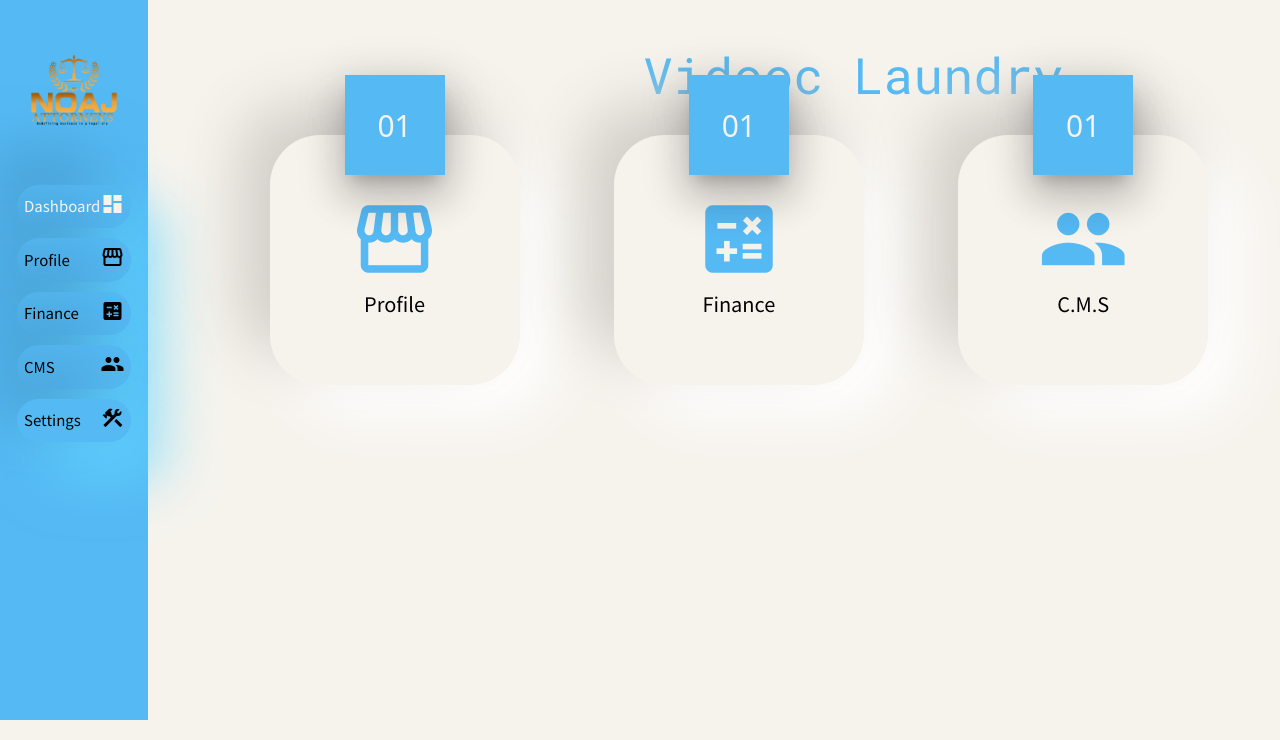
Repository: latenightsnacc/AllinOne
Page: Design/index.html
An editor plug-in stored every save of this project. The page is shown before and after the next save, followed by the edit.
The browser window is 1280 px wide. The pictures show the whole page.
The style sheet was rebuilt from its Sass, Less or Tailwind sources for each picture, by a compiler version that may differ from the author's.

Above is the page before, as saved 2020-09-16 15:43:46.

### Design/index.html
<!DOCTYPE html>
<html lang="en">
<head>
    <meta charset="UTF-8">
    <meta name="viewport" content="width=device-width, initial-scale=1.0">
    <!--Icons-->
    <link href="https://fonts.googleapis.com/icon?family=Material+Icons" rel="stylesheet">
    <!-- Compiled and minified CSS -->
    <link rel="stylesheet" href="https://cdnjs.cloudflare.com/ajax/libs/materialize/1.0.0/css/materialize.min.css">
    <link rel="stylesheet" href="https://stackpath.bootstrapcdn.com/bootstrap/5.0.0-alpha1/css/bootstrap.min.css" integrity="sha384-r4NyP46KrjDleawBgD5tp8Y7UzmLA05oM1iAEQ17CSuDqnUK2+k9luXQOfXJCJ4I" crossorigin="anonymous">
    <!--Custom css-->
    <link rel="stylesheet" href="Styles.css">
    <title>Welcome Page</title>
</head>
<body>
    <div class="row g-0">
        <div class="col-xs-3 col-sm-3 col-md-2 col-lg-2 col-xl-2">
            <div class="sidebar text-center  pt-5">
                <a href="index.html">

                    <img src="/assets/logo.png" alt="Logo"  width="120px"/>
                </a>
                <div class="container">
                    <ul class="side-menu">
                        <li class="side-link">
                            <a href="index.html" class="active">
                                <span class="nav-title">Dashboard</span>
                                <span class="nav-icon">
                                    <i class=" material-icons">dashboard</i>
                                </span>

                            </a>
                        </li>
                        <li class="side-link">
                            <a href="index.html">
                                <span class="nav-title">Profile</span>
                                <span class="nav-icon">
                                    <i class=" material-icons">storefront</i>
                                </span>

                            </a>
                        </li >
                        <li class="side-link">
                            <a href="index.html">
                                <span class="nav-title">Finance</span>
                                <span class="nav-icon">
                                    <i class=" material-icons">calculate</i>
                                </span>

                            </a>
                        </li>
                        <li class="side-link">
                            <a href="index.html">
                                <span class="nav-title">CMS</span>
                                <span class="nav-icon">
                                    <i class=" material-icons">people</i>
                                </span>

                            </a>
                        </li>
                        <li class="side-link">
                            <a href="index.html">
                                <span class="nav-title">Settings</span>
                                <span class="nav-icon">
                                    <i class=" material-icons">construction</i>
                                </span>

                            </a>
                        </li>
                    </ul>
                </div>
            </div>
        </div>

        <div class="col-xs-9 col-sm-9 col-md-10 col-lg-10 col-xl-10">
            <div class="wrapper">
                <div class="welcome-box py-5 text-center">
                    <h1 class="biz-title">Vidooc Laundry</h1>
                </div>
                <div class="row ml-5 py-5">
                    <div class="col-xs-12 col-sm-12 col-md-4 col-lg-4 col-xl-4 col-xxl-4">
                        <a href="#">
                            <div class="cardNew greyBs mb-5">
                                <div class="card-top z-depth-5">
                                    01
                                </div>
                                <div class="card-content">
                                    <div class="card-icon">
                                        <i class="large material-icons">storefront</i>
                                    </div>
                                    <div class="card-title text-center">Profile</div>

                                </div>
                            </div>
                        </a>
                    </div>
                    <div class="col-xs-12 col-sm-12 col-md-4 col-lg-4 col-xl-4 col-xxl-4">
                        <a href="#">
                            <div class="cardNew mb-5 greyBs">
                                <div class="card-top z-depth-5">
                                    01
                                </div>
                                <div class="card-content">
                                    <div class="card-icon">
                                        <i class="large material-icons">calculate</i>
                                    </div>
                                    <div class="card-title text-center">Finance</div>

                                </div>
                            </div>
                        </a>
                    </div>
                    <div class="col-xs-12 col-sm-12 col-md-4 col-lg-4 col-xl-4 col-xxl-4">
                        <a href="#">
                            <div class="cardNew greyBs">
                                <div class="card-top z-depth-5">
                                    01
                                </div>
                                <div class="card-content">
                                    <div class="card-icon">
                                        <i class="large material-icons">people</i>
                                    </div>
                                    <div class="card-title text-center">C.M.S</div>

                                </div>
                            </div>
                        </a>
                    </div>
                </div>
            </div>

        </div>
    </div>


    <script src="https://cdn.jsdelivr.net/npm/popper.js@1.16.0/dist/umd/popper.min.js" integrity="sha384-Q6E9RHvbIyZFJoft+2mJbHaEWldlvI9IOYy5n3zV9zzTtmI3UksdQRVvoxMfooAo" crossorigin="anonymous"></script>
    <script src="https://stackpath.bootstrapcdn.com/bootstrap/5.0.0-alpha1/js/bootstrap.min.js" integrity="sha384-oesi62hOLfzrys4LxRF63OJCXdXDipiYWBnvTl9Y9/TRlw5xlKIEHpNyvvDShgf/" crossorigin="anonymous"></script>
</body>
</html>

### Design/Styles.scss
@import 'variables';

*{
    margin: 0;
    padding: 0;
    box-sizing: border-box;
    list-style: none;
    text-decoration: none;

}
body, html {
    overflow-x: hidden;
    position: relative;
    background-color: $grey;
}

.sidebar, .wrapper {
    min-height: 100vh;
}

.sidebar {
    background-color: $blue;
    position: fixed;


}
.side-menu {
    margin-top: 50px;
    .side-link{
        background-color: $blue;
        font-family: $fontNoto;
        margin: 10px 2px;
        padding: 7px;
        border-radius: 50px;
                box-shadow: $bsBlue;
        a{
            color: $dark;
            display: flex;
            width: 100%;
            justify-content: space-between;
            align-items: center;

        }
        .active, a:hover {
            color: $grey;
        }


    }

}
.wrapper {
    background-color: $grey;
}
.greyBs {
    background-color: $grey;
    box-shadow: $bsGrey;
    border-radius: $borderR;
    color: $blue;
}
.cardNew{
    display: flex;
    flex-direction: column;
    align-items: center;
    justify-content: center;
    width: 250px;
    height: 250px;
    position: relative;

    .card-top {
        position: absolute;
        top:-60px;
        left: 75px;
        width: 100px;
        height: 100px;
        background-color: $blue;
        display: flex;
        align-items: center;
        justify-content: center;
        font-size: 30px;
        color: $grey;
    }

}
.card-title {
    font-family: $fontNoto;
    font-size: 20px;
    color: black;
}
.biz-title {
    font-family: $fontRoboto;
    font-size: 50px;
    color: $blue;
    width: 100%;
    height: 100%;
    margin-bottom: 50px;
    position: fixed;
}

a {
    text-decoration: none;
}

### Design/_variables.scss
@import url('https://fonts.googleapis.com/css2?family=Roboto+Mono&display=swap');
@import url('https://fonts.googleapis.com/css2?family=Noto+Sans+HK&display=swap');

$fontRoboto: 'Roboto Mono', monospace;
$fontNoto: 'Noto Sans HK', sans-serif;
$blue: #55b9f3;
$white: #fff;
// $grey: #bdcfe5;
$grey: #f6f3ed;
$borderR: 50px;
$dark: black;
$Brb: 50px;
$bsGrey:  -30px -30px 60px #d1cfc9,
30px 30px 60px #ffffff;
$bsBlue:  -30px -30px 60px #489dcf,
30px 30px 60px #62d5ff;;

After the next save:
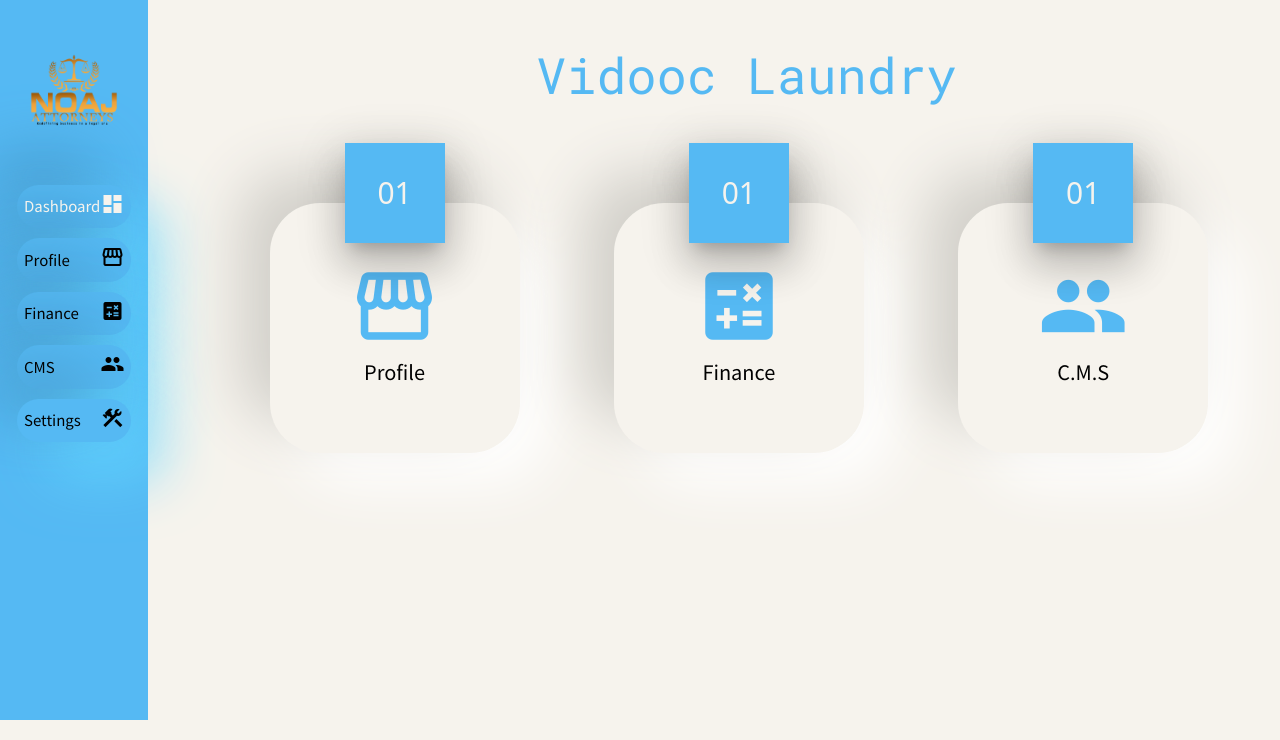
Saved 20 s later.
--- a/Design/Styles.scss
+++ b/Design/Styles.scss
@@ -91,10 +91,6 @@
     font-family: $fontRoboto;
     font-size: 50px;
     color: $blue;
-    width: 100%;
-    height: 100%;
-    margin-bottom: 50px;
-    position: fixed;
 }
 
 a {
